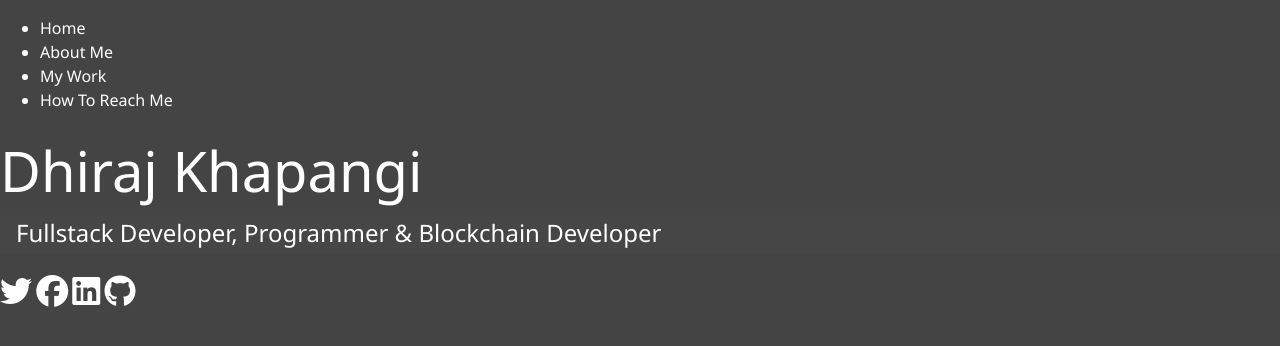
Repository: dhiraj13/modern_portfolio
Page: dist/index.html
An editor plug-in stored every save of this project. The page is shown before and after the next save, followed by the edit.
The browser window is 1280 px wide. The pictures show the whole page.
Some web libraries are served in a nearby version. The style sheet was rebuilt from its Sass, Less or Tailwind sources for each picture, by a compiler version that may differ from the author's.

Above is the page before, as saved 2020-02-01 17:08:15.

After the next save:
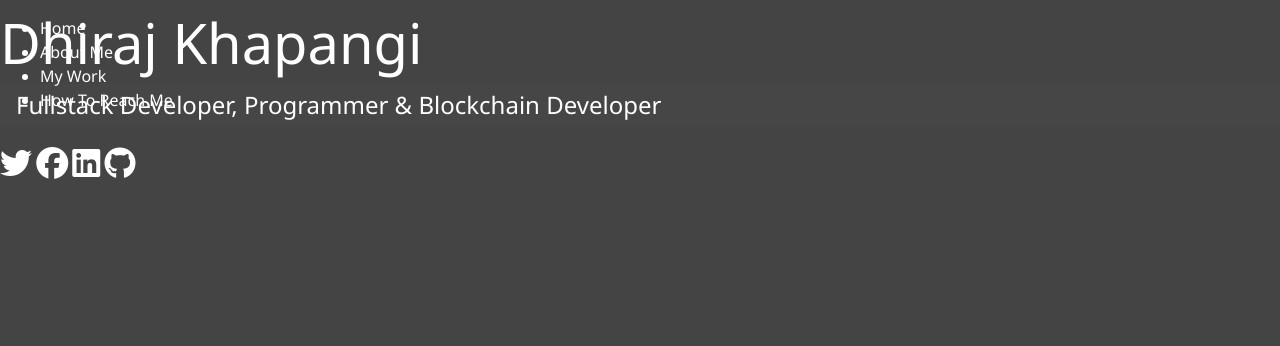
Saved 3 min 34 s later.
--- a/scss/main.scss
+++ b/scss/main.scss
@@ -35,3 +35,9 @@
 	color: #fff;
 	text-decoration: none;
 }
+
+header {
+	position: fixed;
+	z-index: 2;
+	width: 100%;
+}
